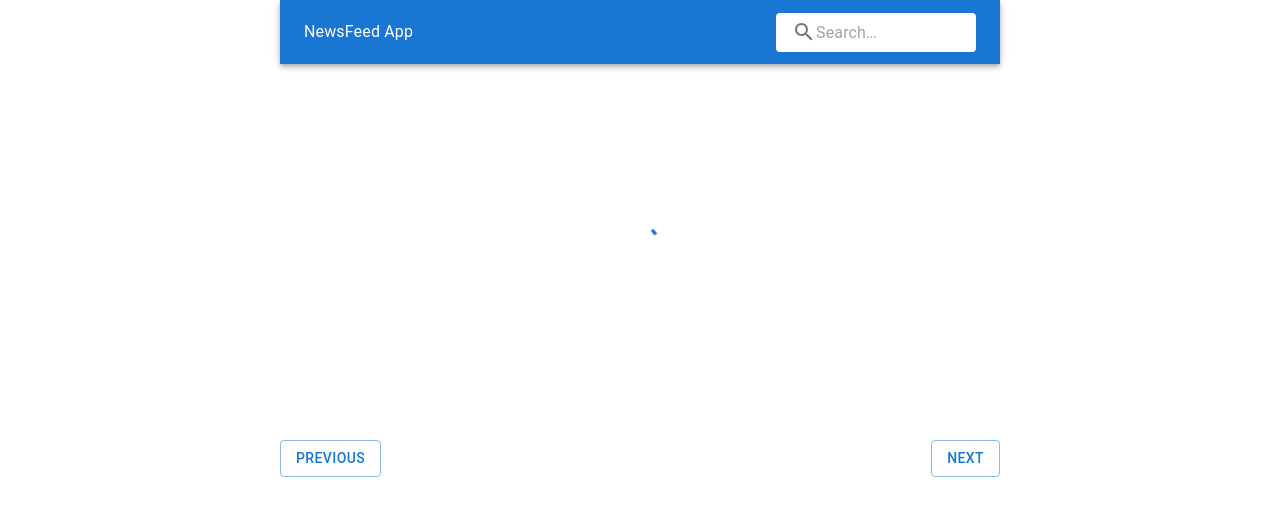
Repository: Baraajad231/News-Feed
Page: /
The author's editor kept a copy of each file at every save. The page is drawn from the files as they stood at one save, then again after the next save.
The browser window is 1280 px wide. The pictures show the whole page.
The page's requests for data from a server got no answer. The project was rebuilt for these pictures with package versions that can differ from the ones it lists, and the page was loaded fresh each time. No one was signed in, and anything a server would have sent is missing. Also part of the build but not shown: vite.config.js, src/components/newsArticle.jsx.

Above is the page before, as saved 2026-03-21 22:35:35.

### index.html
<!doctype html>
<html lang="en">
  <head>
    <meta charset="UTF-8" />
    <link rel="icon" type="image/svg+xml" href="/favicon.svg" />
    <meta name="viewport" content="width=device-width, initial-scale=1.0" />
    <title>vite-project</title>
  </head>
  <body>
    <div id="root"></div>
    <script type="module" src="/src/main.jsx"></script>
  </body>
</html>

### src/index.css
:root {
  font-family: Inter, system-ui, Avenir, Helvetica, Arial, sans-serif;
  line-height: 1.5;
  font-weight: 400;
}

body {
  margin: 0 auto;
  display: flex;
  min-width: 320px;
  max-width: 768px;
  min-height: 100vh;
}

#root {
  width: 100%;
}

### src/App.jsx
import { Button, Container, styled } from "@mui/material";
import NewsFeed from "./components/NewsFeed";
import NewsHeader from "./components/NewsHeader";
import { useEffect, useRef, useState } from "react";
import { debounce } from "lodash";

const Footer = styled("div")(({ theme }) => ({
  margin: theme.spacing(2, 0),
  display: "flex",
  justifyContent: "space-between",
}));

function App() {
  const [articles, setArticles] = useState([]);
  const [isLoading, setIsLoading] = useState(false);
  const pageNumbers = useRef(1);
  const queryValue = useRef("");
  const totalPages = useRef(0);

  const loadData = async (q, page) => {
    // const controller = new AbortController();

    const response = await fetch(
      `https://newsapi.org/v2/top-headlines?country=us&q=${q}&page=${page}&pageSize=5&apiKey=${import.meta.env.VITE_NEWS_API_KEY}`,
    );
    const data = await response.json();
    totalPages.current = Math.ceil(parseInt(data.totalResults) / 5);

    return data?.articles?.map((article) => {
      const { title, description, urlToImage, author, publishedAt } = article;
      return { title, description, author, publishedAt, image: urlToImage };
    });
  };

  const fetchAndUpdateArticles = (qery, page) => {
    setIsLoading(true);
    loadData(qery, page).then((data) => {
      setArticles(data);
      setIsLoading(false);
    });
  };

  const debouncedLoadData = debounce((newQuery, newPage) => {
    fetchAndUpdateArticles(newQuery, newPage);
  }, 500);
  // تختصار ل data => setArticles(data)

  useEffect(() => {
    fetchAndUpdateArticles("", 1);
    // eslint-disable-next-line react-hooks/exhaustive-deps
  }, []);

  const searchChangeHandler = (newQuery) => {
    pageNumbers.current = 1;
    queryValue.current = newQuery;
    debouncedLoadData(queryValue.current, pageNumbers.current);
  };

  const handleNextClick = (e) => {
    if (pageNumbers.current >= totalPages.current) {
      e.stopPropagation();
      e.target.style.color = "red";
    } else {
      pageNumbers.current = pageNumbers.current + 1;
      fetchAndUpdateArticles(queryValue.current, pageNumbers.current);
    }
  };
  const handlePreviousClick = (e) => {
    if (pageNumbers.current <= 1) {
      e.stopPropagation();
      e.target.style.color = "red";
    } else {
      pageNumbers.current = pageNumbers.current - 1;
      fetchAndUpdateArticles(queryValue.current, pageNumbers.current);
      e.target.style.color = "green";
    }
  };

  return (
    <Container>
      <NewsHeader onSearchChange={searchChangeHandler} />
      <NewsFeed articles={articles} loading={isLoading} />
      <Footer>
        <Button variant="outlined" onClick={handlePreviousClick}>
          Previous
        </Button>
        <Button variant="outlined" onClick={handleNextClick}>
          Next
        </Button>
      </Footer>
    </Container>
  );
}

export default App;

### src/components/NewsFeed.jsx
import { Box, CircularProgress, Typography } from "@mui/material";
import NewsArticle from "./newsArticle";

const NewsFeed = ({ articles, loading }) => {
  if (loading) {
    return (
      <Box
        display="flex"
        justifyContent="center"
        alignItems="center"
        height="50vh"
      >
        <CircularProgress />
      </Box>
    );
  }

  const results = !articles.length ? (
    <Typography align="center" variant="h6" color="textSecondary" marginTop={4}>
      No articles found.
    </Typography>
  ) : (
    articles.map((article) => (
      <NewsArticle {...article} key={crypto.randomUUID()} />
    ))
  );
  return <div>{results}</div>;
};

export default NewsFeed;

### src/components/NewsHeader.jsx
import AppBar from "@mui/material/AppBar";
import Toolbar from "@mui/material/Toolbar";
import Typography from "@mui/material/Typography";
import InputBase from "@mui/material/InputBase";
import SearchIcon from "@mui/icons-material/Search";
import { styled } from "@mui/material/styles";

const Search = styled("div")(({ theme }) => ({
  position: "relative",
  borderRadius: theme.shape.borderRadius,
  backgroundColor: theme.palette.common.white,
  "&:hover": {
    backgroundColor: theme.palette.common.white,
  },
  marginLeft: "auto",
  width: 200,
}));
const SearchIconWrapper = styled("div")(({ theme }) => ({
  padding: theme.spacing(0, 2),
  height: "100%",
  position: "absolute",
  pointerEvents: "none",
  display: "flex",
  alignItems: "center",
  justifyContent: "center",
}));
const StyledInputBase = styled(InputBase)(({ theme }) => ({
  color: theme.palette.text.primary,
  "& .MuiInputBase-input": {
    padding: theme.spacing(1, 1, 1, 5),
    transition: theme.transitions.create("width"),
    width: "100%",
  },
}));

const NewsHeader = ({ onSearchChange }) => {
  const handleShearchChange = (e) => {
    onSearchChange(e.target.value);
  };

  return (
    <AppBar position="static">
      <Toolbar>
        <Typography>NewsFeed App</Typography>
        <Search>
          <SearchIconWrapper>
            <SearchIcon color="action" />
          </SearchIconWrapper>
          <StyledInputBase
            placeholder="Search…"
            inputProps={{ "aria-label": "search" }}
            onChange={handleShearchChange}
          />
        </Search>
      </Toolbar>
    </AppBar>
  );
};

export default NewsHeader;

Loaded but not shown: src/main.jsx (common file)

After the next save:
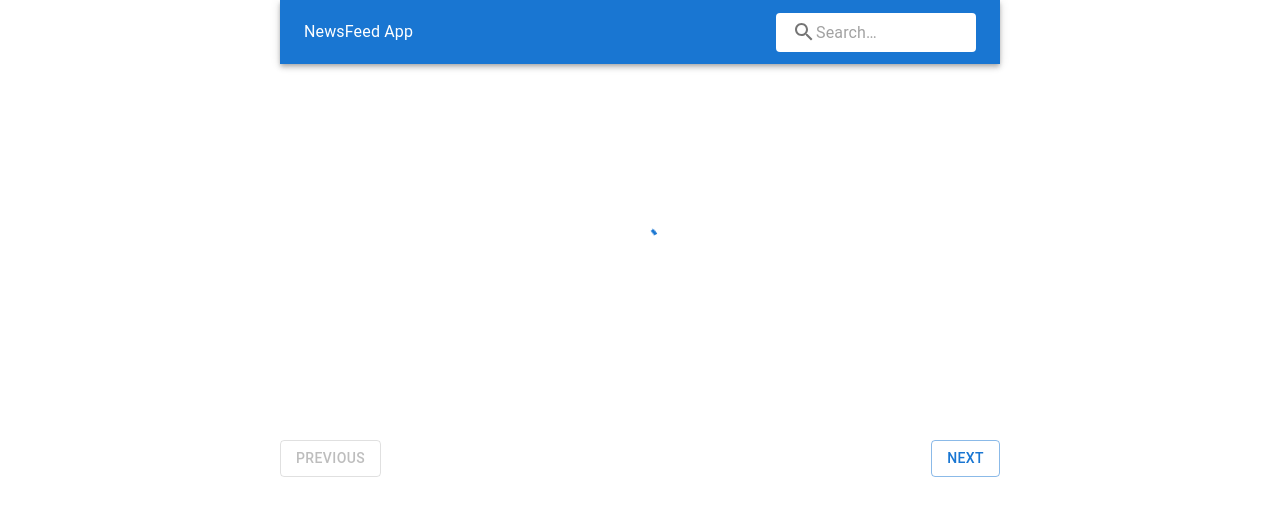
Saved 26 min 51 s later.
--- a/src/App.jsx
+++ b/src/App.jsx
@@ -81,7 +81,11 @@
       <NewsHeader onSearchChange={searchChangeHandler} />
       <NewsFeed articles={articles} loading={isLoading} />
       <Footer>
-        <Button variant="outlined" onClick={handlePreviousClick}>
+        <Button
+          variant="outlined"
+          onClick={handlePreviousClick}
+          disabled={pageNumbers.current === 1}
+        >
           Previous
         </Button>
         <Button variant="outlined" onClick={handleNextClick}>
